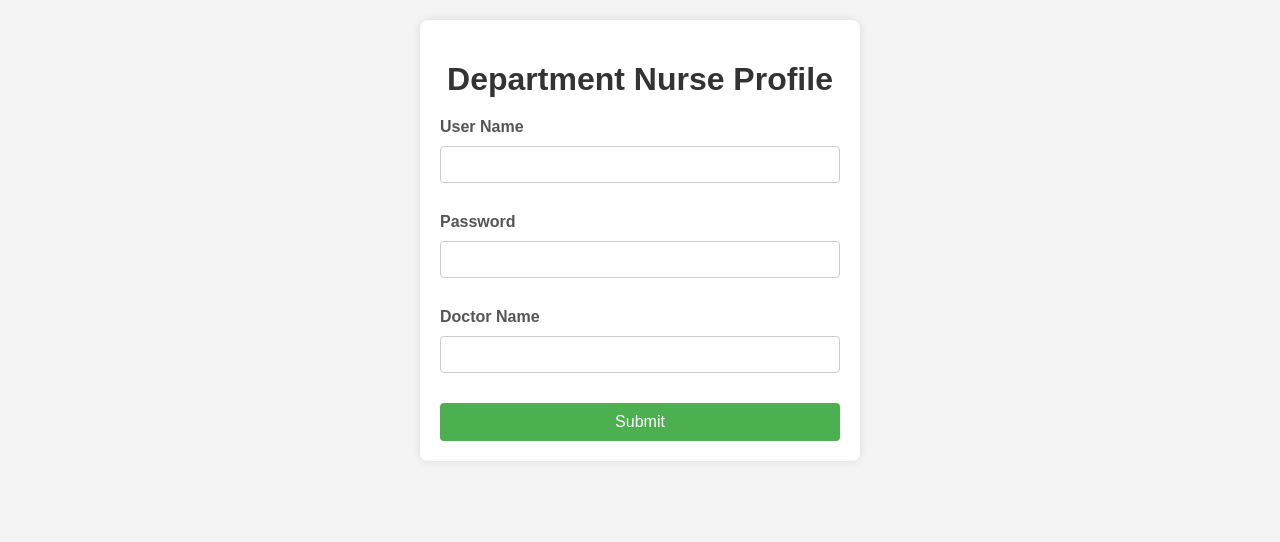
Repository: OmarAl-Saleh/Hospital-Emergency-System
Page: http://localhost/EmergencySystem/department_nurse/sign-up.jsp
An editor plug-in stored every save of this project. The page is shown before and after the next save, followed by the edit.
The browser window is 1280 px wide. The pictures show the whole page.
The page is served by Tomcat 9. Other server files are loaded and not shown.

Above is the page before, as saved 2024-05-25 18:14:04.

### EmergencySystem/EmergencySystem/src/main/webapp/department_nurse/sign-up.jsp
<!DOCTYPE html>
<html>
<head>
    <meta charset="ISO-8859-1">
    <title>Department Nurse Profile Form</title>
    <style>
        body {
            font-family: Arial, sans-serif;
            background-color: #f4f4f4;
            margin: 0;
            padding: 20px;
        }

        form {
            background-color: white;
            padding: 20px;
            border-radius: 8px;
            box-shadow: 0 0 10px rgba(0, 0, 0, 0.1);
            max-width: 400px;
            margin: auto;
        }

        h1 {
            text-align: center;
            color: #333;
            margin-bottom: 20px;
        }

        label {
            display: block;
            margin-bottom: 10px;
            font-weight: bold;
            color: #555;
        }

        input[type="text"], input[type="password"], input[type="email"], input[type="tel"] {
            width: 100%;
            padding: 10px;
            margin-bottom: 15px;
            border: 1px solid #ccc;
            border-radius: 4px;
            box-sizing: border-box;
        }

        input[type="submit"] {
            background-color: #4CAF50;
            color: white;
            border: none;
            padding: 10px 20px;
            cursor: pointer;
            border-radius: 4px;
            width: 100%;
            font-size: 16px;
        }

        input[type="submit"]:hover {
            background-color: #45a049;
        }

        .form-group {
            margin-bottom: 15px;
        }
    </style>
</head>
<body>
    <form action="department_nurse" method="post">
        <h1>Department Nurse Profile</h1>

        <input type="hidden" name="source" value="sign-up"/>
        <div class="form-group">
            <label for="name">User Name</label>
            <input type="text" id="name" name="name" required/>
        </div>
        <div class="form-group">
            <label for="password">Password</label>
            <input type="password" id="password" name="password" required/>
        </div>
        <div class="form-group">
            <label for="doctor">Doctor Name</label>
            <input type="text" id="doctor" name="doctor" required/>
        </div>
        <input type="submit" value="Submit"/>
    </form>
</body>
</html>

After the next save:
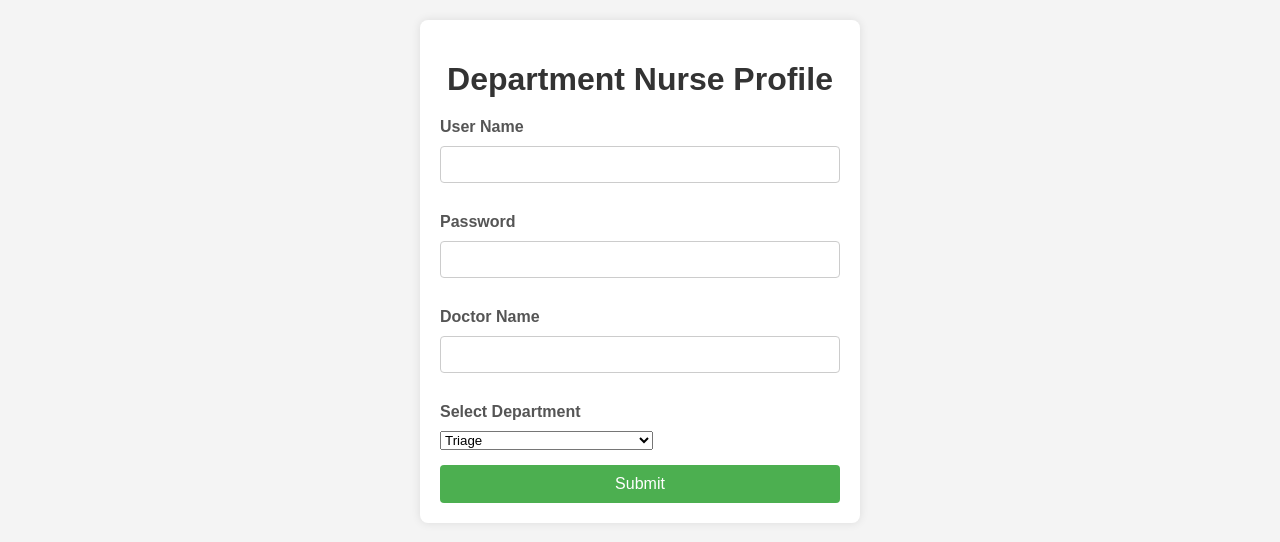
Saved 65 s later.
--- a/EmergencySystem/EmergencySystem/src/main/webapp/department_nurse/sign-up.jsp
+++ b/EmergencySystem/EmergencySystem/src/main/webapp/department_nurse/sign-up.jsp
@@ -79,6 +79,19 @@
             <label for="doctor">Doctor Name</label>
             <input type="text" id="doctor" name="doctor" required/>
         </div>
+
+        <div class="form-group">
+        <label for="department">Select Department</label>
+        <select id="department" name="department" required>
+            <option value="Triage">Triage</option>
+            <option value="Treatment Rooms">Treatment Rooms</option>
+            <option value="Resuscitation Area">Resuscitation Area</option>
+            <option value="Diagnostic Imaging">Diagnostic Imaging</option>
+            <option value="Laboratory">Laboratory</option>
+            <option value="Observation Area">Observation Area</option>
+            <option value="Psychiatric Emergency Services">Psychiatric Emergency Services</option>
+        </select>
+    </div>
         <input type="submit" value="Submit"/>
     </form>
 </body>
